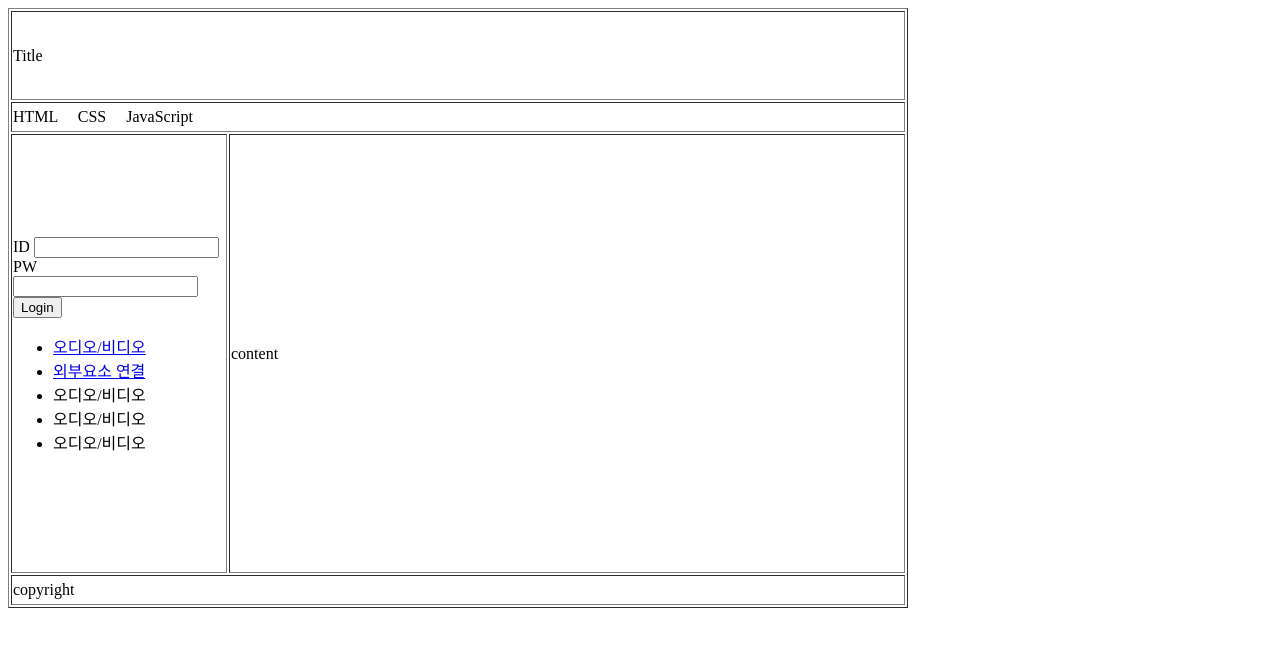
Repository: Hwangjiwon/MultiCampus
Page: 2Study/WebContent/index.html
The author's editor kept a copy of each file at every save. The page is drawn from the files as they stood at one save, then again after the next save.
The browser window is 1280 px wide. The pictures show the whole page.

Above is the page before, as saved 2019-05-30 05:05:48.

### 2Study/WebContent/index.html
<!DOCTYPE html>
<html>
<head>
<meta charset="UTF-8">
<title>Insert title here</title>
</head>
<body>
	 <table border="1" width="900" height="600">
      <tr height="15%"><td colspan="2">Title</td></tr>
      <tr height="5%"><td colspan="2">HTML &nbsp;&nbsp;&nbsp; CSS &nbsp;&nbsp;&nbsp; JavaScript</td></tr>
      <tr><td width="20%">
      <form style="width: 212px; ">
					ID <input><br>
					PW <input type="password"><br>
					<input type="submit" value="Login">
	  </form>
				<ul>
         <li><a href ="html/audio_video.html">오디오/비디오</a></li>
         <li><a href ="html/iframe.html">외부요소 연결</a></li>
         <li>오디오/비디오</li>
         <li>오디오/비디오</li>
         <li>오디오/비디오</li>
      </ul></td><td>content</td></tr>
      <tr height="5%"><td colspan="2">copyright</td></tr>
   </table>

</body>
</html>

After the next save:
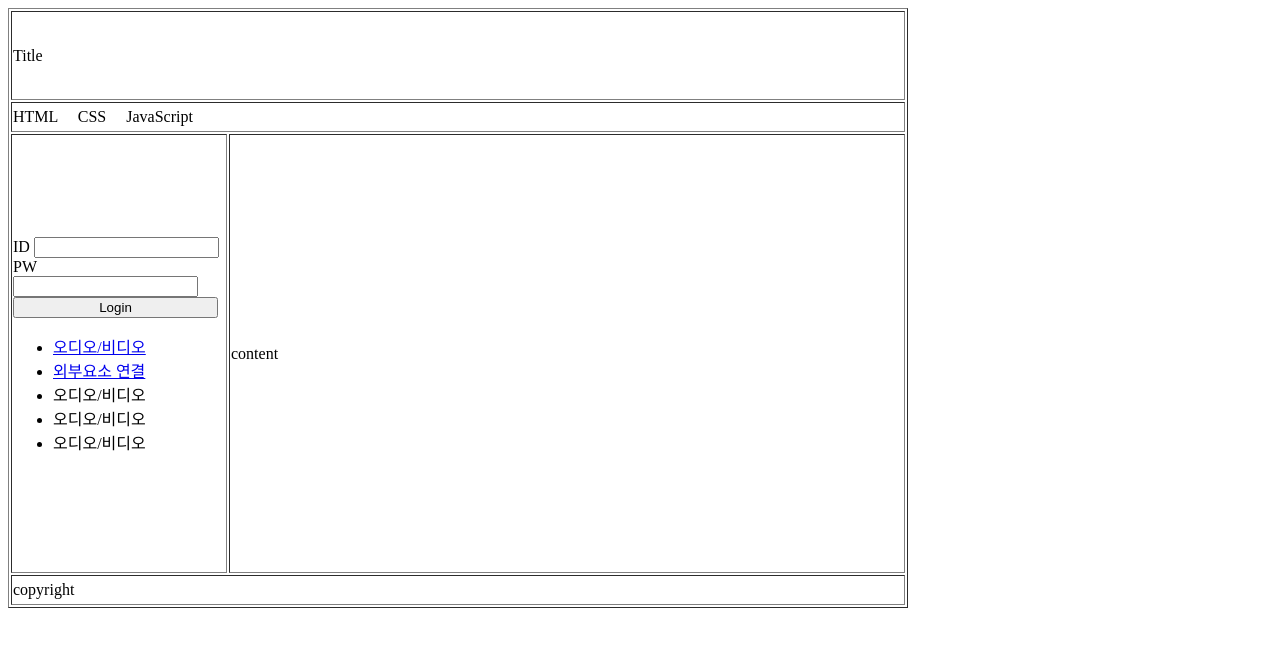
Saved 16 s later.
--- a/2Study/WebContent/index.html
+++ b/2Study/WebContent/index.html
@@ -12,7 +12,7 @@
       <form style="width: 212px; ">
 					ID <input><br>
 					PW <input type="password"><br>
-					<input type="submit" value="Login">
+					<input type="submit" value="Login" style="width: 205px; ">
 	  </form>
 				<ul>
          <li><a href ="html/audio_video.html">오디오/비디오</a></li>
